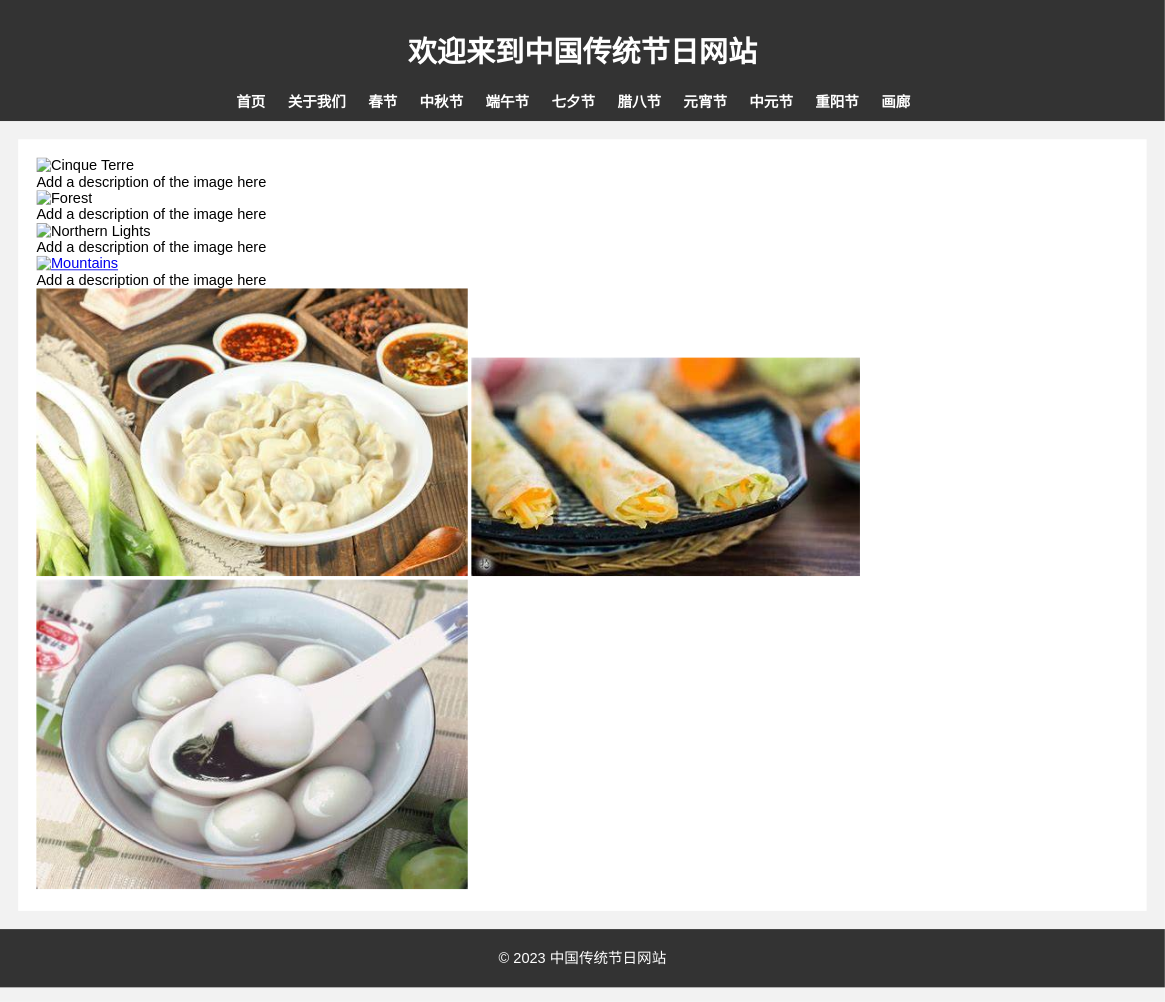
Repository: XueJie1/computer-operation-basics
Page: pages/gallery.html
An editor plug-in stored every save of this project. The page is shown before and after the next save, followed by the edit.
The browser window is 1280 px wide. The pictures show the whole page, at 91% of full size.

Above is the page before, as saved 2023-09-04 19:01:32.
Not found: pages/img_5terre.jpg
Not found: pages/img_forest.jpg
Not found: pages/img_lights.jpg

After the next save:
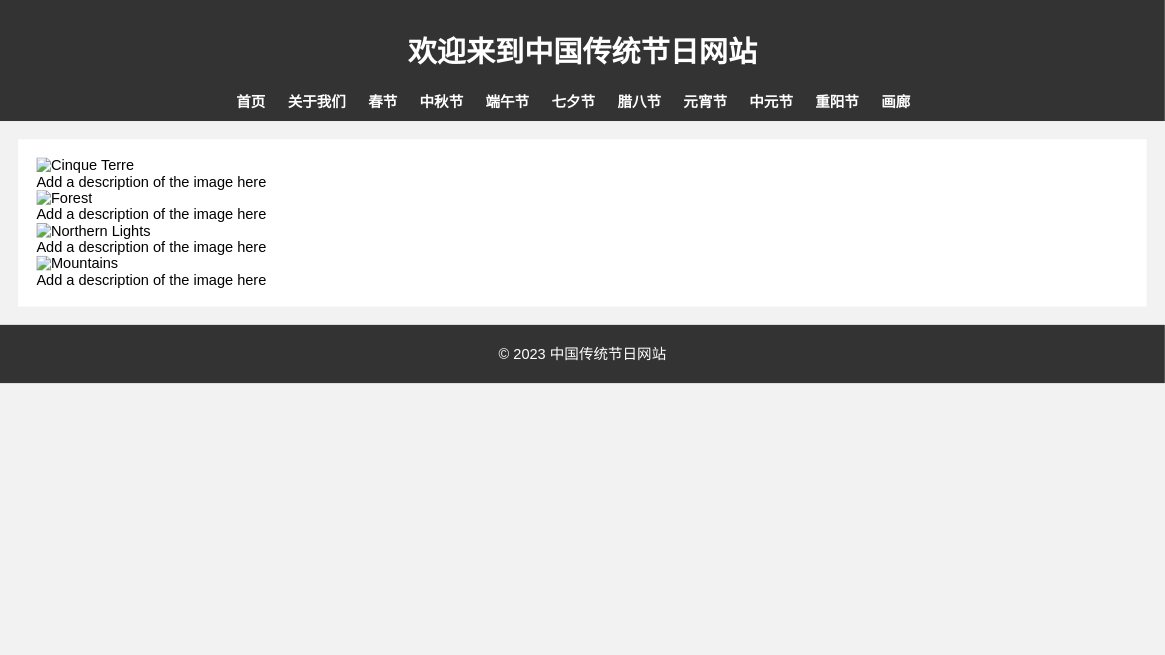
Saved 26 s later.
--- a/pages/gallery.html
+++ b/pages/gallery.html
@@ -49,18 +49,9 @@
         </div>
 
         <div class="gallery">
-            <a target="_blank" href="img_mountains.jpg">
-                <img src="img_mountains.jpg" alt="Mountains" width="600" height="400">
-            </a>
+            <img src="img_mountains.jpg" alt="Mountains" width="600" height="400">
+
             <div class="desc">Add a description of the image here</div>
-        </div>
-        <div class="gallery">
-            <div class="thumbnails">
-                <img src="../img/jiaozi.jpg" alt="jiaozi">
-                <img src="../img/chunbing.jpg" alt="chunbing">
-                <img src="../img/yuanxiao.jpg" alt="yuanxiao">
-
-            </div>
         </div>
     </main>
 
